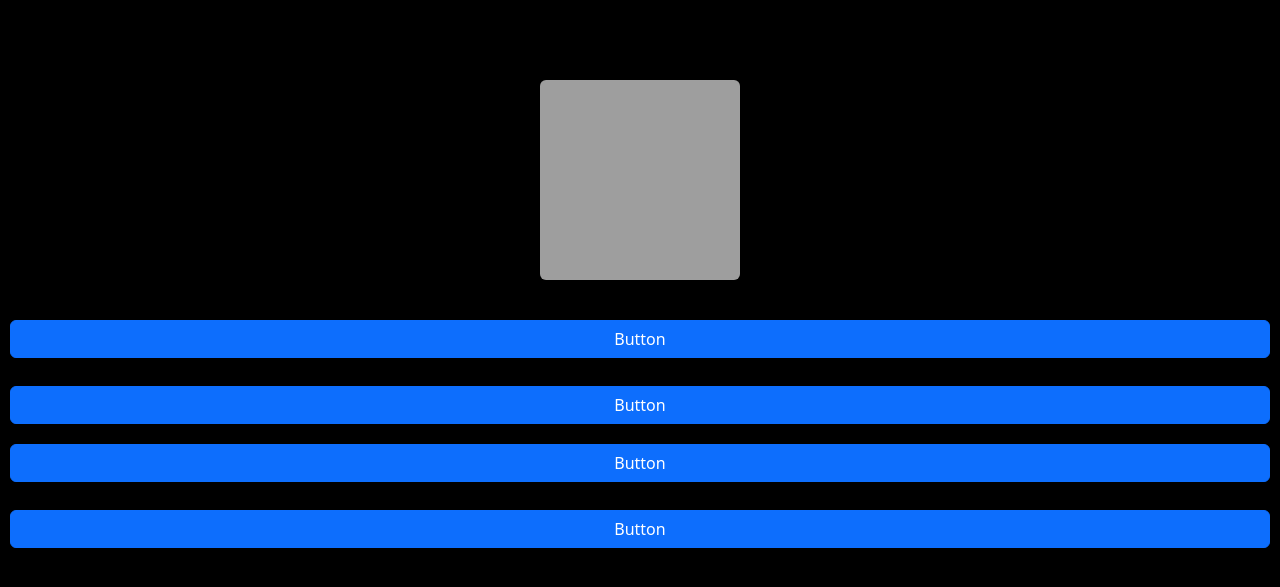
Repository: Drumstrum88/LAB-link-in-bio
Page: index.html
An editor plug-in stored every save of this project. The page is shown before and after a run of saves, followed by the edit.
The browser window is 1280 px wide. The pictures show the whole page.
Pictures or frames that could not be fetched are drawn as grey boxes.

Above is the page before, as saved 2023-04-15 13:25:49.

### index.html
<!DOCTYPE html>
<html lang="en">
<head>
  <meta charset="UTF-8">
  <meta http-equiv="X-UA-Compatible" content="IE=edge">
  <meta name="viewport" content="width=device-width, initial-scale=1.0">
  <title>Document</title>
  <link href="https://cdn.jsdelivr.net/npm/bootstrap@5.3.0-alpha3/dist/css/bootstrap.min.css" rel="stylesheet" integrity="sha384-KK94CHFLLe+nY2dmCWGMq91rCGa5gtU4mk92HdvYe+M/SXH301p5ILy+dN9+nJOZ" crossorigin="anonymous">
</head>
 <link rel="stylesheet" href="main.css">
</head>
<body>
  <div class="text-center">
    <img src="https://scontent-atl3-1.xx.fbcdn.net/v/t1.6435-9/155855411_10158284081619163_4028857171779245508_n.jpg?_nc_cat=106&ccb=1-7&_nc_sid=09cbfe&_nc_ohc=p3sS7iL6g7IAX_oMqci&_nc_ht=scontent-atl3-1.xx&oh=00_AfAne1uSpzUMdOonked6YMA_8E1EmGYQWJAjgPXwMpYhkQ&oe=64624B69" class="rounded" alt="...">
  </div>
  <div class="d-grid gap-2">
    <button class="btn btn-primary" type="button">Button</button>
    <button class="btn btn-primary" type="button">Button</button>
  </div>

  <div class="d-grid gap-2">
    <button class="btn btn-primary" type="button">Button</button>
    <button class="btn btn-primary" type="button">Button</button>
  </div>
  <script src="https://cdn.jsdelivr.net/npm/bootstrap@5.3.0-alpha3/dist/js/bootstrap.bundle.min.js" integrity="sha384-ENjdO4Dr2bkBIFxQpeoTz1HIcje39Wm4jDKdf19U8gI4ddQ3GYNS7NTKfAdVQSZe" crossorigin="anonymous"></script>
  </body>
  <script src="main.js"></script>
</body>
</html>

### main.css
body {
  background-color: black;
}

.btn {

  margin: 10px;

}

.d-grid {

}

  img {
    display: inline-block;
  width: 200px;
  height: 200px;
  border-style: hidden;
  border-radius: 50%;
  margin-top: 80px;
  margin-bottom: 30px;


}

### main.js
console.log("This is a console log for the link in bio exercise. Hi Ryan, Dr. T and whoever else looks at this!");

After the next 5 saves:
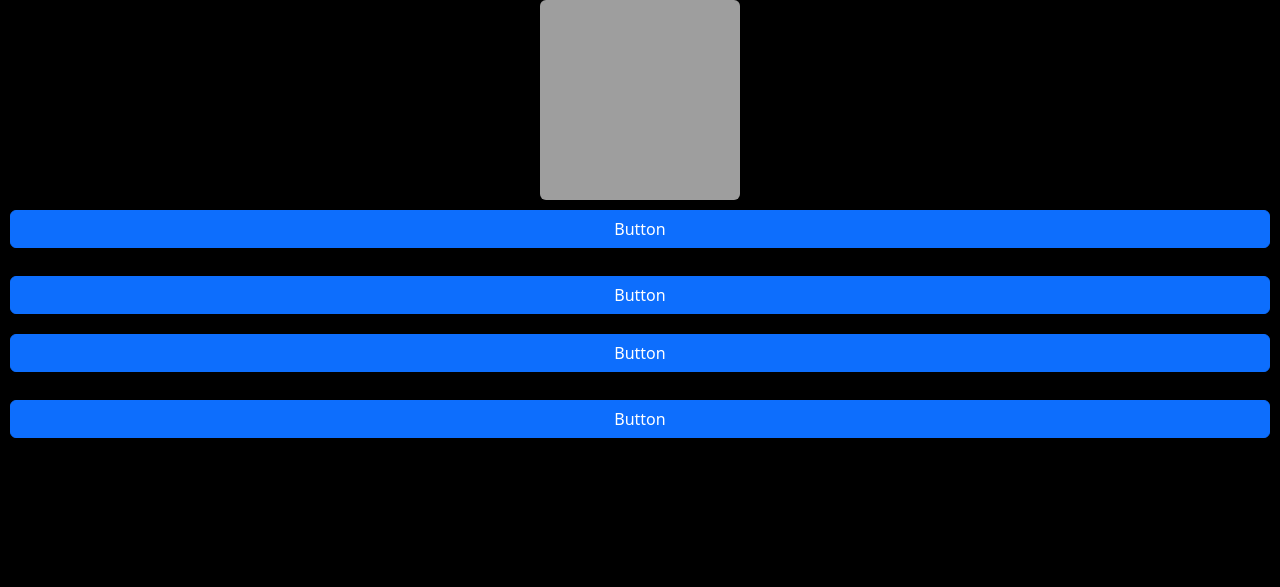
The 5 saves are shown as one change because they came seconds apart.
The last was saved 20 s later.
--- a/main.css
+++ b/main.css
@@ -18,7 +18,7 @@
   height: 200px;
   border-style: hidden;
   border-radius: 50%;
-  margin-top: 80px;
+  /*margin-top: 80px;
   margin-bottom: 30px;
 
 

After the save that followed:
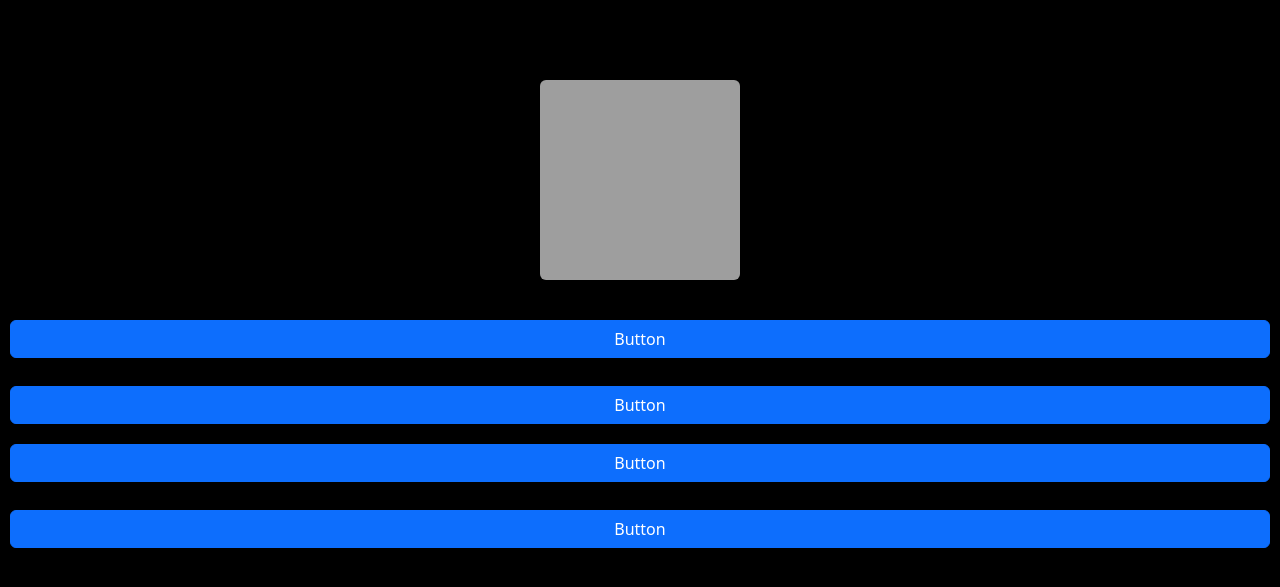
Saved 6 s later.
--- a/main.css
+++ b/main.css
@@ -18,7 +18,7 @@
   height: 200px;
   border-style: hidden;
   border-radius: 50%;
-  /*margin-top: 80px;
+  margin-top: 80px;
   margin-bottom: 30px;
 
 
